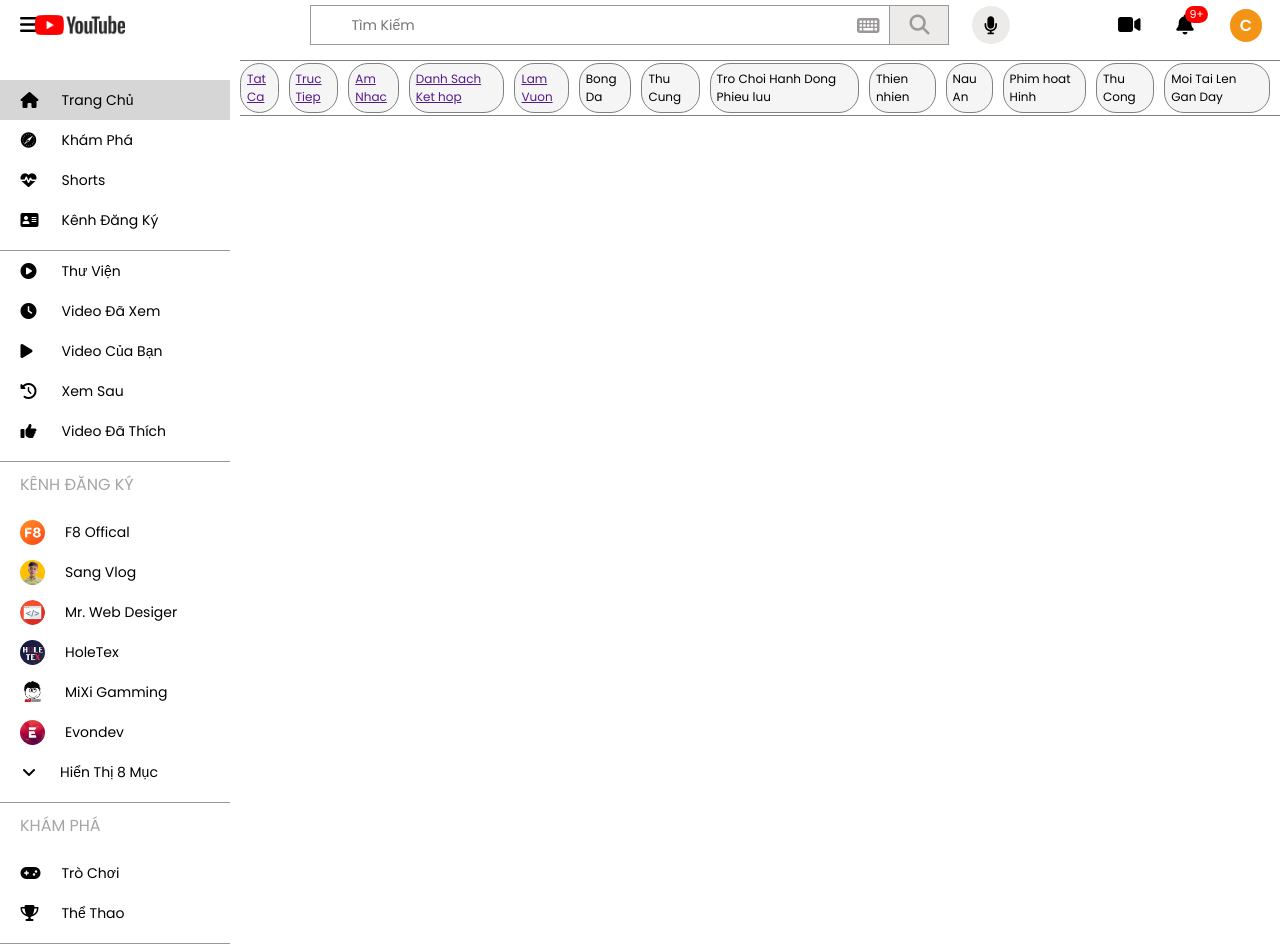
Repository: cuongcay/Clone_YB
Page: index.html
These files come from the project's save history. The page is drawn as it stood at one moment and after a run of saves; the edit follows.
The browser window is 1280 px wide. The pictures show the whole page.
Some web libraries are served in a nearby version.

Above is the page before, as saved 2022-08-04 20:33:34.

### index.html
<!DOCTYPE html>
<html lang="en">
<head>
    <meta charset="UTF-8">
    <meta http-equiv="X-UA-Compatible" content="IE=edge">
    <meta name="viewport" content="width=device-width, initial-scale=1.0">
    <link rel="stylesheet" href="./style.css">
    <link rel="stylesheet" href="https://cdnjs.cloudflare.com/ajax/libs/font-awesome/6.1.2/css/all.min.css">
    <title>Clone_Youtube</title>
</head>
<body>
    <div class="container">
        <div class="header">
            <div class="left-header">
                <i class="fa fa-bars"></i>
                <a href="">
                    <img src="./Image/Logo.png" alt="Logo_Youtube">
                </a>
            </div>
            <div class="center-header">
                <div class="search">

                    <input type="text" placeholder="Tìm Kiếm" class="search-input" onfocus="handleClick()">
                    <i class="fa fa-keyboard keyboard"></i>

                    <div class="search_modal" id="search-modal">
                        <div class="search_modal_item">
                            <i class="fa-solid fa-magnifying-glass"></i>
                            <span>Html code facebook Login Fage</span>
                        </div>
                        <div class="search_modal_item">
                            <i class="fa-solid fa-magnifying-glass"></i>
                            <span>HTML, CSS project</span>
                        </div>
                        <div class="search_modal_item">
                            <i class="fa-solid fa-magnifying-glass"></i>
                            <span>F8 Fullstack</span>
                        </div>
                        <div class="search_modal_item">
                            <i class="fa-solid fa-magnifying-glass"></i>
                            <span>Nodemy</span>
                        </div>
                        <div class="search_modal_item">
                            <i class="fa-solid fa-magnifying-glass"></i>
                            <span>Evondev</span>
                        </div>
                        <div class="search_modal_item">
                            <i class="fa-solid fa-magnifying-glass"></i>
                            <span>Sun PordCard</span>
                        </div>
                        <div class="search_modal_item">
                            <i class="fa-solid fa-magnifying-glass"></i>
                            <span>F8 ReactJS</span>
                        </div>
                        <div class="search_modal_item">
                            <i class="fa-solid fa-magnifying-glass"></i>
                            <span>FreeCodeCamp</span>
                        </div>
                        <div class="search_modal_item">
                            <i class="fa-solid fa-magnifying-glass"></i>
                            <span>github</span>
                        </div>

                    </div>

                </div>
                <div>
                    <i class="fa-solid fa-magnifying-glass icon-search"></i>
                    <i class="fa-solid fa-microphone icon-mic"></i>
                </div>
            </div>
            <div class="right-header">
                <div class="create">
                    <i class="fa-solid fa-video create-icon" id="create-icon"></i>
                    <span class="create-icon-hover">Tao</span>
                    <div class="create-icon-show " id="create-icon-show">
                        <div class="create-show-content">
                            <div class="create-show-content-list">
                                <i class="fa-solid fa-play"></i>
                                <span>Tai Video len</span>
                            </div>
                            <div class="create-show-content-list">
                                <i class="fa-solid fa-tower-broadcast"></i>
                                <span >Phat truc Tiep</span>

                            </div>
                        </div>
                    </div>
                </div>
                <div class="notifi">
                    <i class="fa-solid fa-bell notifi-icon" id="notifi-icon"></i>
                    <span class="notifi-hover">Thong bao</span>
                    <span class="live-stream">9+</span>
                    <div class="notifi-show" id="notifi-show">
                        <div class="notifi-show-header">
                            <span>Thong Bao</span>
                            <div class="notifi-show-header-icon">
                                <i class="fa-solid fa-gear icon-gear"></i>
                                <p>Cai Dat</p>
                            </div>

                        </div>
                        <div class="notifi-show-body">
                            <div class="notift-show-list">
                                <div class="notifi-show-content">
                                    <div class="notifi-show-content-first"></div>
                                    <div class="notifi-show-content-second">
                                        <img src="./Image/mixi.jpeg" alt="">
                                    </div>
                                    <div class="notifi-show-content-third">
                                        <p>
                                            MiXingGamming dang phat truc tiep: <br>
                                            Restream Hom Qua....
                                        </p>
                                        <span>11 gio truoc</span>
                                    </div>
                                    <div class="notifi-show-content-four">
                                        <img src="./Image/Notifi_show/mixi.jpeg" alt="Mixigamming">
                                    </div>
                                </div>
                            </div>

                            <div class="notift-show-list">
                                <div class="notifi-show-content">
                                    <div class="notifi-show-content-first"></div>
                                    <div class="notifi-show-content-second">
                                        <img src="./Image/mixi.jpeg" alt="">
                                    </div>
                                    <div class="notifi-show-content-third">
                                        <p>
                                            MiXingGamming dang phat truc tiep: <br>
                                            Restream Hom Qua....
                                        </p>
                                        <span>11 gio truoc</span>
                                    </div>
                                    <div class="notifi-show-content-four">
                                        <img src="./Image/Notifi_show/mixi.jpeg" alt="Mixigamming">
                                    </div>
                                </div>
                            </div>
                            <div class="notift-show-list">
                                <div class="notifi-show-content">
                                    <div class="notifi-show-content-first"></div>
                                    <div class="notifi-show-content-second">
                                        <img src="./Image/mixi.jpeg" alt="">
                                    </div>
                                    <div class="notifi-show-content-third">
                                        <p>
                                            MiXingGamming dang phat truc tiep: <br>
                                            Restream Hom Qua....
                                        </p>
                                        <span>11 gio truoc</span>
                                    </div>
                                    <div class="notifi-show-content-four">
                                        <img src="./Image/Notifi_show/mixi.jpeg" alt="Mixigamming">
                                    </div>
                                </div>
                            </div>
                            <div class="notift-show-list">
                                <div class="notifi-show-content">
                                    <div class="notifi-show-content-first"></div>
                                    <div class="notifi-show-content-second">
                                        <img src="./Image/mixi.jpeg" alt="">
                                    </div>
                                    <div class="notifi-show-content-third">
                                        <p>
                                            MiXingGamming dang phat truc tiep: <br>
                                            Restream Hom Qua....
                                        </p>
                                        <span>11 gio truoc</span>
                                    </div>
                                    <div class="notifi-show-content-four">
                                        <img src="./Image/Notifi_show/mixi.jpeg" alt="Mixigamming">
                                    </div>
                                </div>
                            </div>
                            <div class="notift-show-list">
                                <div class="notifi-show-content">
                                    <div class="notifi-show-content-first"></div>
                                    <div class="notifi-show-content-second">
                                        <img src="./Image/mixi.jpeg" alt="">
                                    </div>
                                    <div class="notifi-show-content-third">
                                        <p>
                                            MiXingGamming dang phat truc tiep: <br>
                                            Restream Hom Qua....
                                        </p>
                                        <span>11 gio truoc</span>
                                    </div>
                                    <div class="notifi-show-content-four">
                                        <img src="./Image/Notifi_show/mixi.jpeg" alt="Mixigamming">
                                    </div>
                                </div>
                            </div>
                        </div>
                    </div>
                </div>

                <div class="user">
                    <h4>C</h4>
                </div>
            </div>
            <!-- Chao Ho Van Trong -->
        </div>
    </div>
    <div class="container-fulid">
        <div class="nav-bar">
            <ul class="nav-bar-list">
                <li>
                    <a href="#" class="nav-bar-link ">
                        <div class="nav-bar-box active">
                            <i class="fa-solid fa-house icon-nav" ></i>
                            <p class="nav-bar-text">Trang Chủ</p>
                        </div>
                    </a>
                </li>
                <li>
                    <a href="#" class="nav-bar-link">
                        <div class="nav-bar-box">
                            <i class="fa-brands fa-safari icon-nav"></i>
                        <p class="nav-bar-text">Khám Phá</p>
                        </div>
                    </a>
                </li>
                <li>
                    <a href="#" class="nav-bar-link">
                        <div class="nav-bar-box">
                            <i class="fa-solid fa-heart-pulse icon-nav"></i>
                            <p class="nav-bar-text">Shorts</p>
                        </div>
                    </a>
                </li>
                <li>
                    <a href="#" class="nav-bar-link">
                        <div class="nav-bar-box">
                            <i class="fa-solid fa-address-card icon-nav"></i>
                            <p class="nav-bar-text">Kênh Đăng Ký</p>
                        </div>
                    </a>
                </li>
            </ul>
            <div class="row"></div>
            <ul class="nav-bar-list">
                <li>
                    <a href="#" class="nav-bar-link ">
                        <div class="nav-bar-box">
                            <i class="fa-solid fa-circle-play icon-nav"></i>
                            <p class="nav-bar-text">Thư Viện</p>
                        </div>
                    </a>
                </li>
                <li>
                    <a href="#" class="nav-bar-link">
                        <div class="nav-bar-box">
                            <i class="fa-solid fa-clock icon-nav"></i>
                        <p class="nav-bar-text">Video Đã Xem</p>
                        </div>
                    </a>
                </li>
                <li>
                    <a href="#" class="nav-bar-link">
                        <div class="nav-bar-box">
                            <i class="fa-solid fa-play icon-nav"></i>
                            <p class="nav-bar-text">Video Của Bạn</p>
                        </div>
                    </a>
                </li>
                <li>
                    <a href="#" class="nav-bar-link">
                        <div class="nav-bar-box">
                            <i class="fa-solid fa-clock-rotate-left icon-nav"></i>
                            <p class="nav-bar-text">Xem Sau</p>
                        </div>
                    </a>
                </li>
                <li>
                    <a href="#" class="nav-bar-link">
                        <div class="nav-bar-box">
                            <i class="fa-solid fa-thumbs-up icon-nav"></i>
                            <p class="nav-bar-text">Video Đã Thích</p>
                        </div>
                    </a>
                </li>
            </ul>
            <div class="row"></div>
            <ul class="nav-bar-list">
                <li class="Subrice">KÊNH ĐĂNG KÝ</li>
                <li>
                    <a href="#" class="nav-bar-link ">
                        <div class="nav-bar-box">
                            <img src="./Image/channels4_profile.jpeg">
                            <p class="nav-bar-content">F8 Offical</p>
                        </div>
                    </a>
                </li>
                <li>
                    <a href="#" class="nav-bar-link">
                        <div class="nav-bar-box">
                            <img src="./Image/Sangvlog.jpeg" alt="">
                            <p class="nav-bar-content">Sang Vlog</p>
                        </div>
                    </a>
                </li>
                <li>
                    <a href="#" class="nav-bar-link">
                        <div class="nav-bar-box">
                            <img src="./Image/mr_web.jpeg" alt="">
                            <p class="nav-bar-content">Mr. Web Desiger</p>
                        </div>
                    </a>
                </li>
                <li>
                    <a href="#" class="nav-bar-link">
                        <div class="nav-bar-box">
                            <img src="./Image/holetex.jpeg" alt="">
                            <p class="nav-bar-content">HoleTex</p>
                        </div>
                    </a>
                </li>
                <li>
                    <a href="#" class="nav-bar-link">
                        <div class="nav-bar-box">
                            <img src="./Image/mixi.jpeg" alt="">
                            <p class="nav-bar-content">MiXi Gamming</p>
                        </div>
                    </a>
                </li>
                <li>
                    <a href="#" class="nav-bar-link">
                        <div class="nav-bar-box">
                            <img src="./Image/evondev.jpeg" alt="">
                            <p class="nav-bar-content">Evondev</p>
                        </div>
                    </a>
                </li>
                <li>
                    <a href="#" class="nav-bar-link">
                        <div class="nav-bar-box">
                            <i class="fa-solid fa-angle-down"></i>
                            <p class="nav-bar-content">Hiển Thị 8 Mục</p>
                        </div>
                    </a>
                </li>
            </ul>
            <div class="row"></div>
            <ul class="nav-bar-list">
                <li class="Subrice">KHÁM PHÁ</li>
                <li>
                    <a href="#" class="nav-bar-link ">
                        <div class="nav-bar-box">
                            <i class="fa-solid fa-gamepad icon-nav"></i>
                            <p class="nav-bar-text">Trò Chơi</p>
                        </div>
                    </a>
                </li>
                <li>
                    <a href="#" class="nav-bar-link ">
                        <div class="nav-bar-box">
                            <i class="fa-solid fa-trophy icon-nav"></i>
                            <p class="nav-bar-text">Thể Thao</p>
                        </div>
                    </a>
                </li>
            </ul>
            <div class="row"></div>
        </div>
        <div class="main-body">
            <div class="list-outstanding">
                <a href=""><span>Tat Ca</span></a>
                <a href=""><span>Truc Tiep</span></a>
                <a href=""><span>Am Nhac</span></a>
                <a href=""><span>Danh Sach Ket hop</span></a>
                <a href=""><span>Lam Vuon</span></a>
                <span>Bong Da</span>
                <span>Thu Cung</span>
                <span>Tro Choi Hanh Dong Phieu luu</span>
                <span>Thien nhien</span>
                <span>Nau An</span>
                <span>Phim hoat Hinh</span>
                <span>Thu Cong</span>
                <span>Moi Tai Len Gan Day</span>
            </div>
        </div>
    </div>



    <script src="./js.js"></script>
</body>
</html>

Loaded but not shown: js.js (14 lines, source omitted); style.css (503 lines, source omitted)

After the next 3 saves:
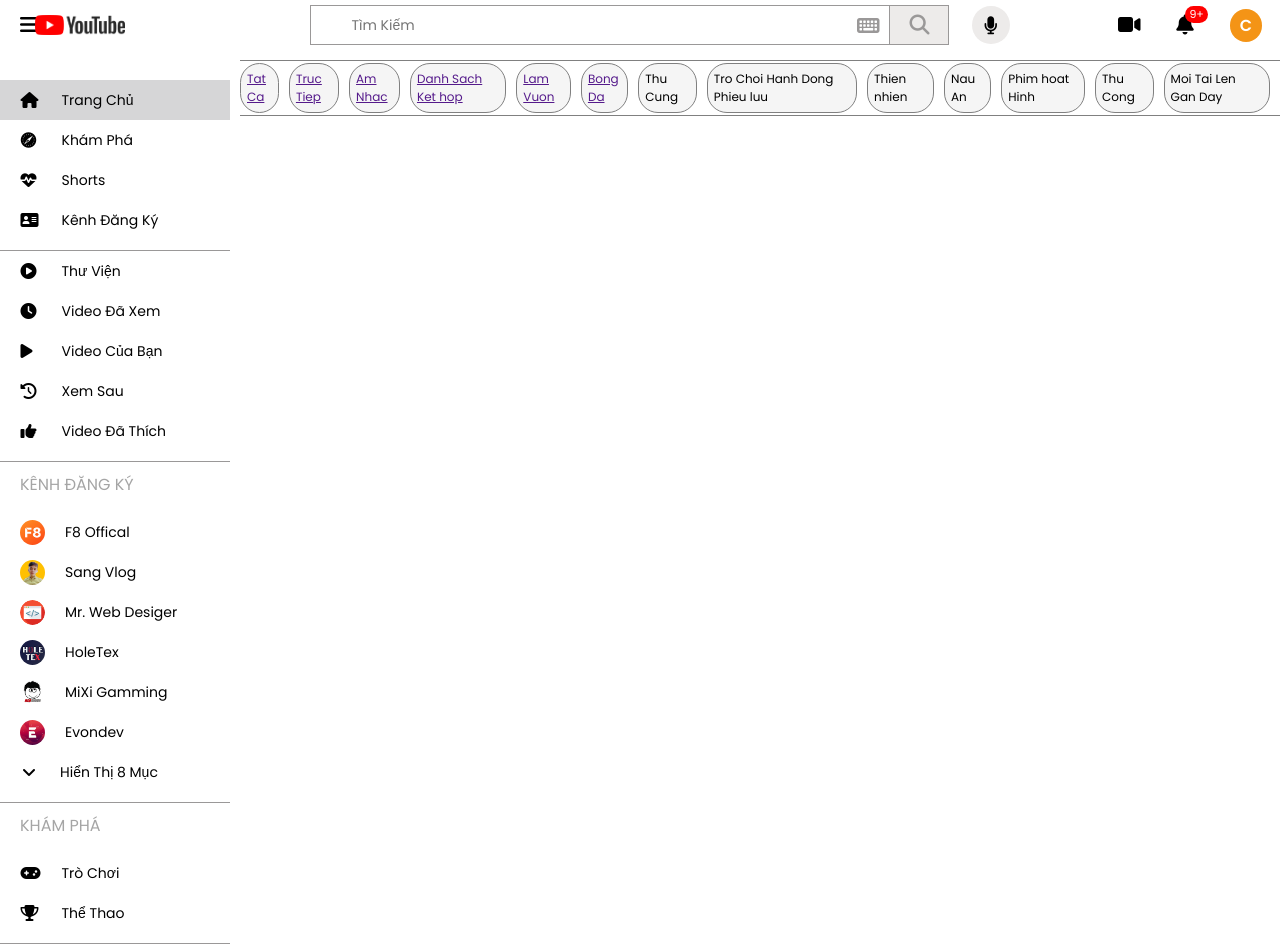
The 3 saves are shown as one change because they came seconds apart.
The last was saved 8 s later.
--- a/index.html
+++ b/index.html
@@ -371,7 +371,7 @@
                 <a href=""><span>Am Nhac</span></a>
                 <a href=""><span>Danh Sach Ket hop</span></a>
                 <a href=""><span>Lam Vuon</span></a>
-                <span>Bong Da</span>
+                <a href=""><span>Bong Da</span></a>
                 <span>Thu Cung</span>
                 <span>Tro Choi Hanh Dong Phieu luu</span>
                 <span>Thien nhien</span>
